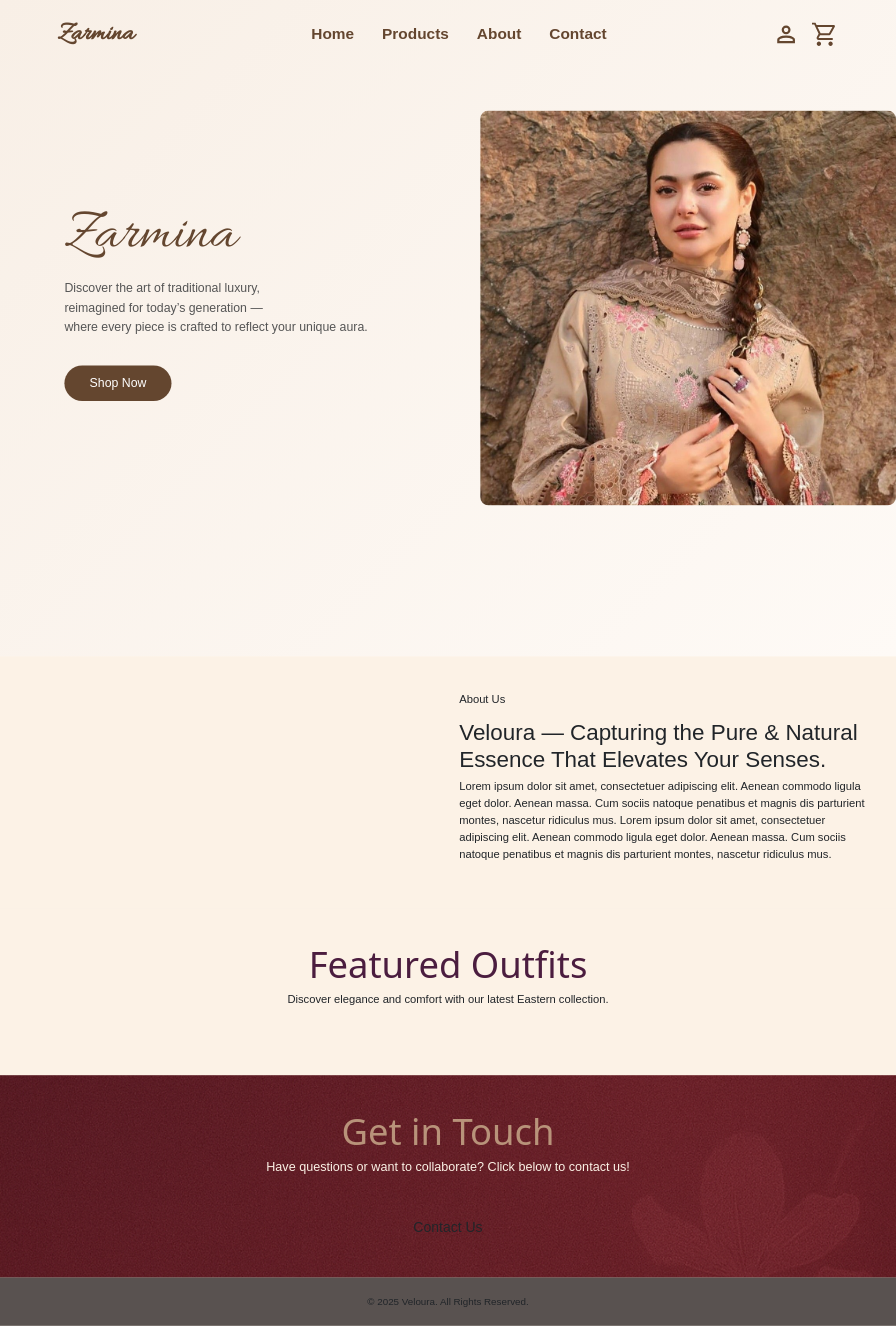
Repository: ayeshatehreem77/Clothing-store
Page: / (app in perfumes-app/)
An editor plug-in stored every save of this project. The page is shown before and after the next save, followed by the edit.
The browser window is 1280 px wide. The pictures show the whole page, at 70% of full size.
Pictures or frames that could not be fetched are drawn as grey boxes. The page's requests for data from a server got no answer. Some web fonts or font styles are not loaded; a fallback is used. The project was rebuilt for these pictures with package versions that can differ from the ones it lists, and the page was loaded fresh each time. No one was signed in, and anything a server would have sent is missing. Also part of the build but not shown: perfumes-app/src/components/Alert.js.

Above is the page before, as saved 2025-10-30 22:12:09.

After the next save:
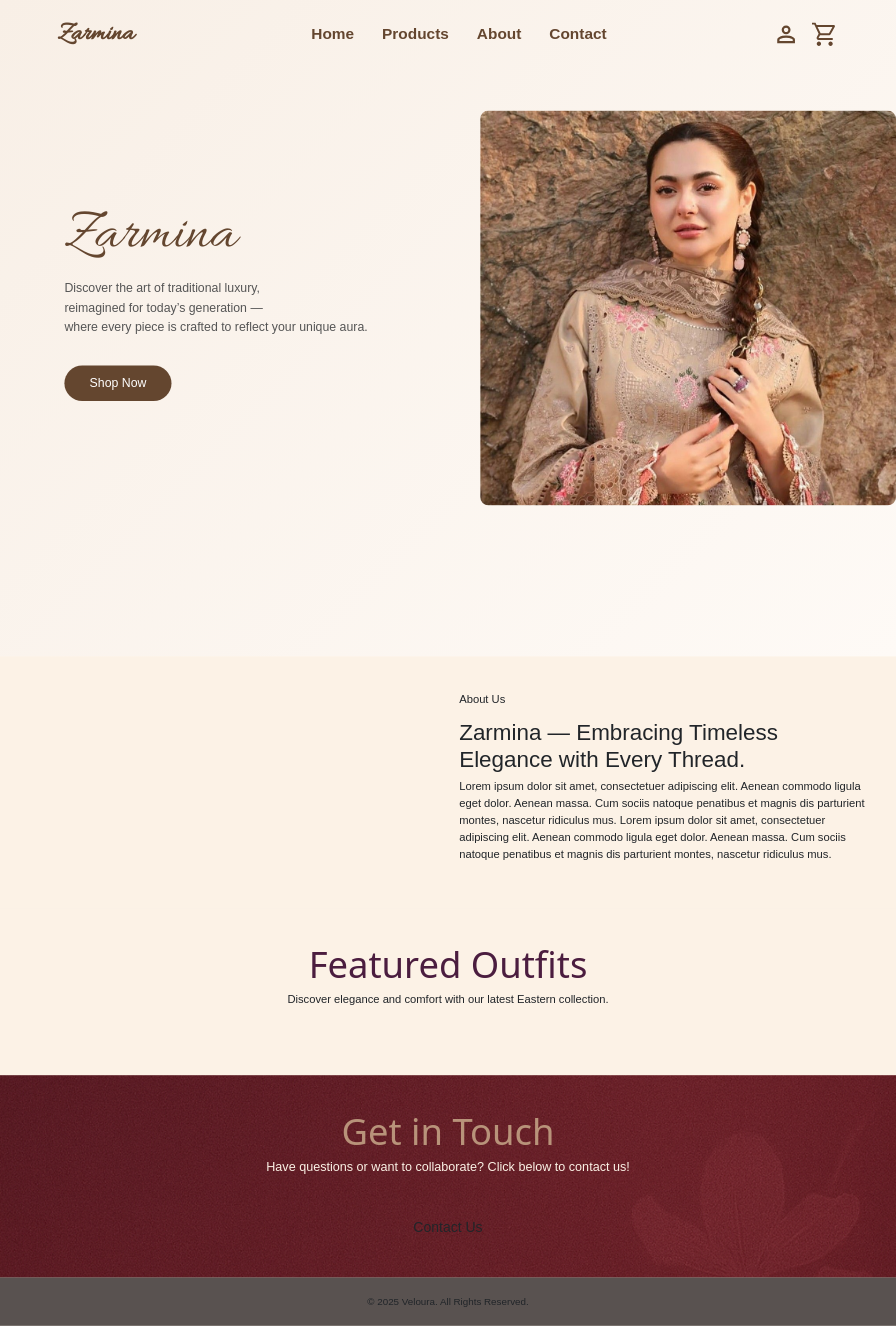
Saved 19 min 27 s later.
--- a/perfumes-app/src/components/Aboutus.js
+++ b/perfumes-app/src/components/Aboutus.js
@@ -32,7 +32,7 @@ function Aboutus() {
       <div className="left-section">
         <p>About Us</p>
         <h2>
-          Veloura — Capturing the Pure & Natural Essence That Elevates Your Senses.
+         <span>Zarmina</span> — Embracing Timeless Elegance with Every Thread.
         </h2>
         <p>Lorem ipsum dolor sit amet, consectetuer adipiscing elit. Aenean commodo ligula eget dolor. Aenean massa. Cum sociis natoque penatibus et magnis dis parturient montes, nascetur ridiculus mus. Lorem ipsum dolor sit amet, consectetuer adipiscing elit. Aenean commodo ligula eget dolor. Aenean massa. Cum sociis natoque penatibus et magnis dis parturient montes, nascetur ridiculus mus. </p>
       </div>
